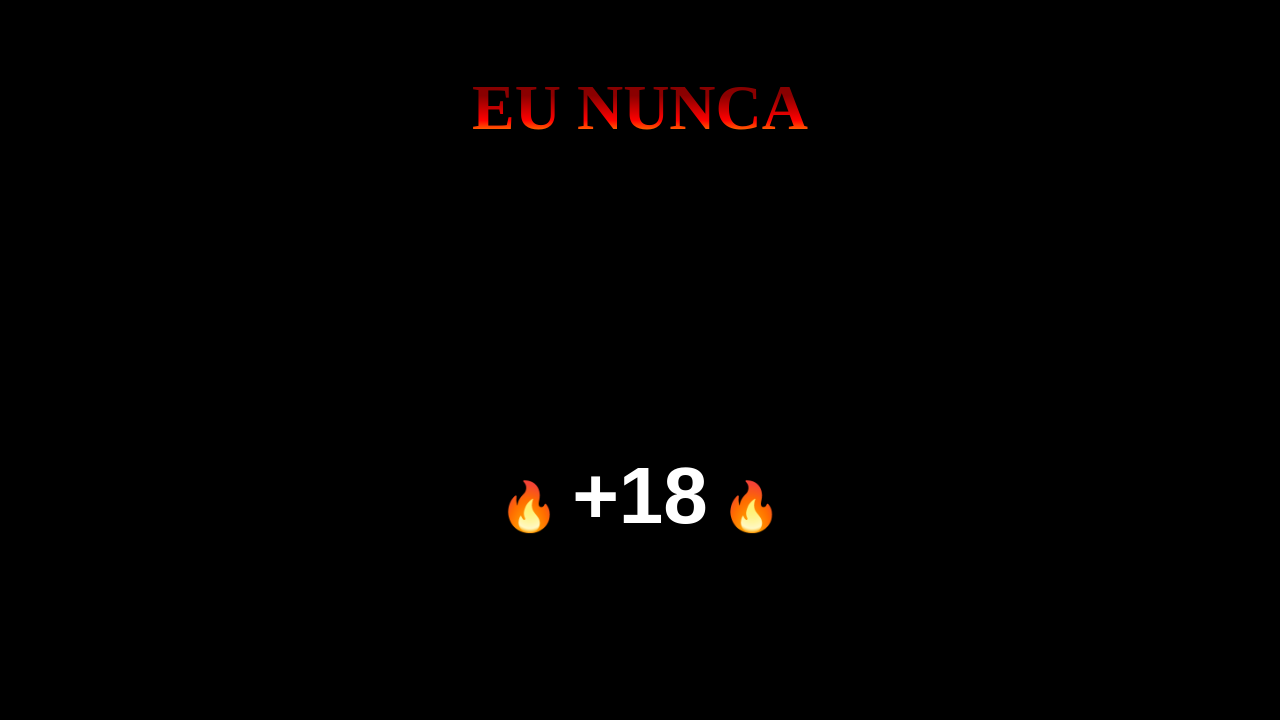
Repository: odiloalmeida/inever
Page: index.html
An editor plug-in stored every save of this project. The page is shown before and after the next save, followed by the edit.
The browser window is 1280 px wide. The pictures show the whole page.

Above is the page before, as saved 2023-01-31 22:31:58.

### index.html
<!DOCTYPE html>
<html lang="en">
<head>
    <meta charset="UTF-8">
    <meta http-equiv="X-UA-Compatible" content="IE=edge">
    <meta name="viewport" content="width=device-width, initial-scale=1.0">
    <link rel="icon" type="image/svg+xml" href="https://cdn-icons-png.flaticon.com/512/5181/5181956.png" />
    <link rel="stylesheet" href="./style.css">
    <title>18+ I Never</title>

</head>

<body>
    <div>
        <h1>EU NUNCA</h1>
    </div>
    <button id="myButton" onclick="changeButtonName()">
        <br>
        <span3>&#128293</span3>
        <span2>+18</span2>
        <span3>&#128293</span3>
    </button>
</body>

<script>

    function changeButtonName() {
        var button = document.getElementById("myButton");

        var names = ["Beijei alguém dessa turma",
        "Senti atração por alguém dessa turma",
        "Tomei banho pelado na praia/piscina",
        "Fiquei com um professor",
        "Fiquei com um amigo e me arrependi",
        "Fiquei com um amigo e não disse pra ninguém",
        "Menti sobre ter ficado com uma pessoa",
        "Bebi tanto que beijei alguém que não queria",
        "Bebi tanto que esqueci tudo no outro dia",
        "Vi um nudes de alguém dessa turma",
        "Desejei o namorado(a) de um amigo",
        "Fiquei com alguém por interesse",
        "Acelerei o ato sexual por que o oral estava ruim",
        "Bebi pra ter coragem de chegar numa pessoa",
        "Transei na escola ou faculdade",
        "Transei no chão",
        "Fiz sexo oral enquanto a pessoa trabalhava",
        "Fiz sexo oral enquanto a pessoa dirigia",
        "Usei fantasias sexuais",
        "Usei plug anal",
        "Usei um vibrador",
        "Fiquei com alguém depois neguei pra todo mundo",
        "Disse pra uma pessoa que a amava sem amar",
        "Transei no carro",
        "Broxei no meio do ato sexual",
        "Desisti de ficar com uma pessoa por que ela estava fedendo",
        "Fui chupar e estava fedendo muito e desisti",
        "Me masturbei depois do ato sexual por que não conseguir “chegar lá” com o parceiro",
        "Fiquei com dois amigos ao mesmo tempo sem eles saberem",
        "Parei o ato sexual para ir fazer xixi",
        "Fiz a chuca",
        "Transei na rua",
        "Paguei por sexo",
        "Fiz sexo por dinheiro",
        "Dei um beijo triplo",
        "Voltaria com um ex",
        "Fiquei com uma pessoa em um lugar e logo em seguida fui para outro lugar ficar com outra",
        "Tirei fotos pelado(a)",
        "Fiquei com alguém para fazer ciúme a outro",
        "Sofri por amor",
        "Sofri por ficante",
        "Espiei alguém tomando banho",
        "Tomei banho com alguém",
        "Enfiei o dedo no orifício de alguém (kkkk)",
        "Eu nunca fiquei com um amigo do meu amigo eme arrependi",
        "Eu nunca tive uma DST",
        "Eu já desejei a mãe de um amigo",
        "Eu já desejei o pai de um amigo",
        "Já beixei alguém do mesmo sexo",
        "Já deixei chuparem minha porta dos fundos",
        "Já questionei a minha sexualidade",
        "Já fiz goldenshower",
        "Já desisti do sexo quando vi o tamanho do instrumento",
        "Fumei um",
        "Cheirei cocaina",
        "Usei LSD",
        "Passei comida no parceiro",
        "Troquei o nome da pessoa na hora H",
        "Fiquei com uma pensando em outra",
        "Fatei aula pra ficar com alguém",
        "Menti nesse jogo",
        "Disse que estava doente para nao transar",
        "Fiquei com professor",
        "Fiquei com alguém por gratidão",
        "Tive tara em mãos",
        "Tive tara em pés",
        "Tive tara em ruivas",
        "Fui amordaçado",
        "Fui algemado",
        "Fui chicoteado",
        "Bati de mais em alguém na hora H e fiquei com medo",
        "Vomitei na hora H",
        "Fiz sexo na praia",
        "Fiz sexo na moto",
        "Fiz sexo na bicicleta",
        "Chupei outro por tabela",
        "Fiz oral em um e depois beijei a boca de outro",
        "Transei com 2 ao mesmo tempo",
        "Transei com mais de 3 ao mesmo tempo",
        "Ja fiquei com duas pessoas do mesmo sexo, ao mesmo tempo",
        "Cherei loló",
        "Fumei cigarro",
        "Tive como alcoólico",
        "Tive amnésia alcoólica",
        "Dormi bebado no chão",
        "Mijei em mim, estando bebado",
        "Vomitei em mim, estando bebado",
        "Beijei alguém que eu odiava",
        "Fiquei com um Ex antigo e me arrependi (Foi horrível)",
        "Tive flashback com mais de um EX",
        "Tive um PA",
        "Fiquei com um(a) PM",
        "Subi numa mesa bebado",
        "Fiquei com alguém da boca podre",
        "Já caguei o pau (literalmente)",
        "Já cai de bicicleta",
        "Quebrei um osso (Beba uma dose por osso)",
        "Já talariquei mulher de amigo (Uma dose por mulher)",
        "Já talariquei marido de amiga (Uma dose por homem)",
        "Já beijei um mendigo",
        "Já fiz dentro do mar",
        "Ja fiz dentro do tanque",
        "Pedi alguém em casamento",
        "Já me juntei com conjugue",
        "Já fui CORNO(A)",
        "Atirei com arma de fogo",
        "Dê uma pausa de 15min, para não embriagar",
        "Durei menos de 2 min no sexo",
        "Fiz gosar em menos de 2min",
        "Pensei em me prostituir",
        "Tomei remédio TARJA PRETA",
        "Quando de maior, senti atração por 15-",
        "Dormi sujo",
        "Passei o dia sem tomar banho",
        "Passei dois dias sem tomar banho",
        "Passei mais de 36h acordado",
        "Levei pão de manhã para casa, após o rolê",
        "Bebi mais de 2L em uma noite",
        "Desejei minha cunhada",
        "Transei com alguém na escada",
        "Já botei atrás  depois na frente",
        "Cai da arvore",
        "Me feri gravemente",
        "Imaginei alguém dessa turma pelado",
        "Usei camisinha com sabores",
        "Limbei a bunda e olhei o papel higienico",
        "Transei no cinema",
        "Flertei com o garçom",
        "Beijei um primo(a)",
        "Transei com um primo(a)",
        "Sonhei que estava pelado em público",
        "Transei na chuva",
        "Dormir de conchinha na chuva",
        "Fiz punheta / siririca coletiva",
        "Me masturbei pensando em alguém da roda",
        "Vi nude de alguém da roda",
        "Enviei nude errado",
        "Peguei alguém no elevador",
        "Falei que o sexo foi bom, quando na verdade foi uma merda",
        "Gosei dentro com camisinha",
        "Conversando com o penis do meu namorado",
        "Fiz espanhola",
        "Transei com alguém que participou desse jogo agora",
        "Transei com um médico",
        "Transei com um entregador",
        "Transei com enfermeiro(a)",
        "Transei com Advogado(a)",
        "Transei com Fisioterapeuta",
        "Transei com agente de saúde",
        "Transei com personal trainer",
        "Fiz sexo rapido para dormir logo",
        "Transei numa contrução",
        "Transei numa casa abandonada",
        "Transei na rede",
        "Transei na cadeira",
        "Transei no sofá",
        "Transei em local público",
        "Tive sonhos eróticos com alguém dessa roda",
        "Fui em um motel e não transei",
        "Criei passarinho",
        "Chupei alguém com algum amigo vendo",
        "Fui voyeur",
        "Transei num posto de saúde",
        "Transei no quintal de casa",
        "Transei no telhado",
        "Terminei com uma pessoa por mensagem",
        "Terminaram comigo por mensagem",
        "Fiz Topless na praia",
        "Usei gelo na cama",
        "Usei halls na cama",
        "Sai sem calcinha para provocar alguém",
        "Malhei sem calcinha",
        "Fingi prazer",
        "Fingi simpatia para conquistar uma pessoa",
        "Fiz cosplay de rico",
        "Banquei a coitadinha para ganhar algo em troca",
        "Sai sem pagar a conta",
        "Levei o copo de um bar",
        "Caguei num banheiro quimico",
        "Dirigi bebado",
        "Ouvi alguém transando",
        "Fui pego me masturbando",
        "Fui pego na hora H pelos meus familiares ou amigos",
        "Transei assistindo porno",
        "Tive ressaca moral",
        "Chorei enquanto transava",
        "Pedi parar porque estava doendo",
        "Enforqueia até quase desmaiar",
        "Transei em uma banheira",
        "Beijei a pessoa querendo a do lado",
        "Beijei um feio(a)",
        "Beijei um(a) 10/10",
        "Nunca chupei dois ao mesmo tempo",
        "Matei aula para fumar um",
        "Matei aula para transar",
        "Quebrei uma cama enquanto transava",
        "Cai da cama enquanto transava",
        "Fiquei orgulhoso do meu desempenho",
        "Fiquei triste com meu desempenho",
        "Tentaram arrancar minh lingua",
        "Já beijei um desesperado, que quase me engole",
        "Bebi do copo de um estranho e tinha droga"




        ];

        var randomName = names[Math.floor(Math.random() * names.length)];
        button.innerHTML = randomName;
    }

</script>

</html>

### style.css
* {
    padding: 0;
    margin: 0;
    box-sizing: border-box;
}

body {
    width: 100vw;
    height: 100vh;
    background-color: #000;
    display: flex;
    flex-direction: column;
    align-items: center;
    justify-content: center;
    border: #800000;
}

div {
    width: 100%;
    height: 30vh;
    display: flex;
    align-items: center;
    justify-content: center;
}

h1 {
    background-image: linear-gradient(to bottom,#800000,#8B0000, red, yellow);
    background-clip: text;
    -webkit-background-clip: text;
    -webkit-text-fill-color: transparent;
    color: black;
    font-size: 4rem;
    font-weight: 900;
}

button {
    background-color: transparent;
    height: 70vh;
    width: 100vw;
    border: none;
    font-weight: bold;
    font-size: 3rem;
    padding: 5px;
    color: #f1f1f1;
}

button span2 {
    color: #fff;
    font-size: 5rem;
}

After the next save:
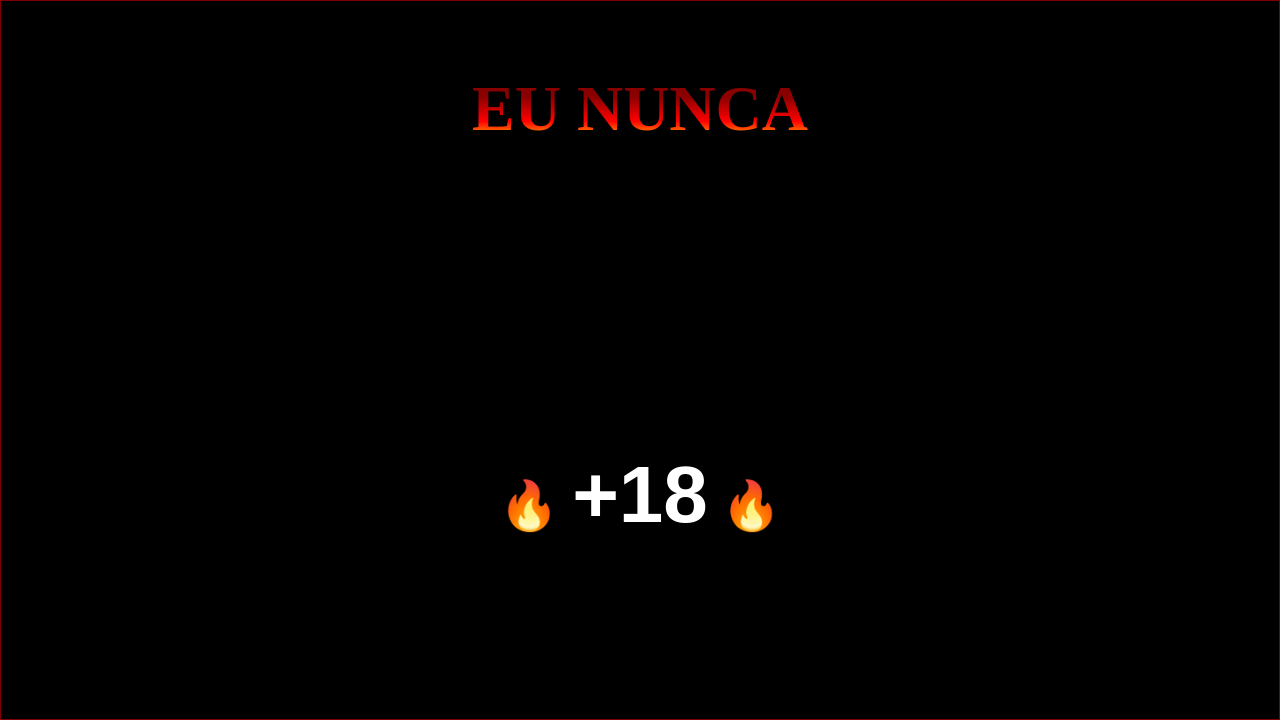
Saved 6 s later.
--- a/style.css
+++ b/style.css
@@ -12,7 +12,7 @@ body {
     flex-direction: column;
     align-items: center;
     justify-content: center;
-    border: #800000;
+    border: #800000 1px solid;
 }
 
 div {
